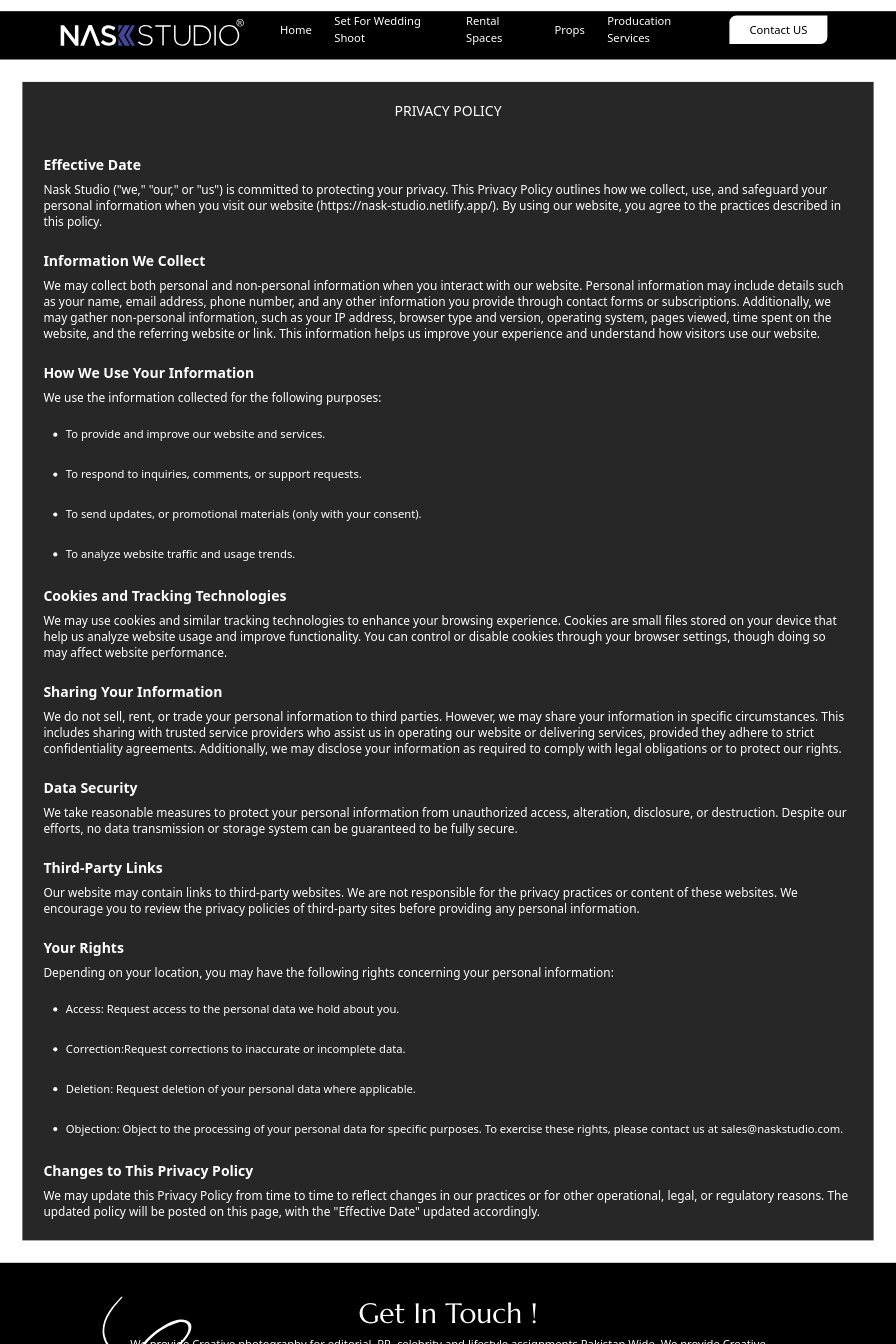
Repository: sagheerNaskSoft/nask-studio-sec-phase
Page: /privacy
An editor plug-in stored every save of this project. The page is shown before and after the next save, followed by the edit.
The browser window is 1280 px wide. The pictures show the part of the page from y = 0 to 1920 px (the page is 2568 px tall), at 70% of full size.
The project was rebuilt for these pictures with package versions that can differ from the ones it lists, and the page was loaded fresh each time. Also part of the build but not shown: src/Component/HomePage/Banner.js, src/Component/HomePage/ShootSection.js, src/Component/HomePage/SerivceSetion.js, src/Pages/Home.js, src/Pages/About.js, src/Component/WeddingSets/Banner.js, src/Component/WeddingSets/StudioSection.js, src/Pages/WeddingSets.js and 16 more.

Above is the page before, as saved 2025-02-03 21:52:12.

After the next save:
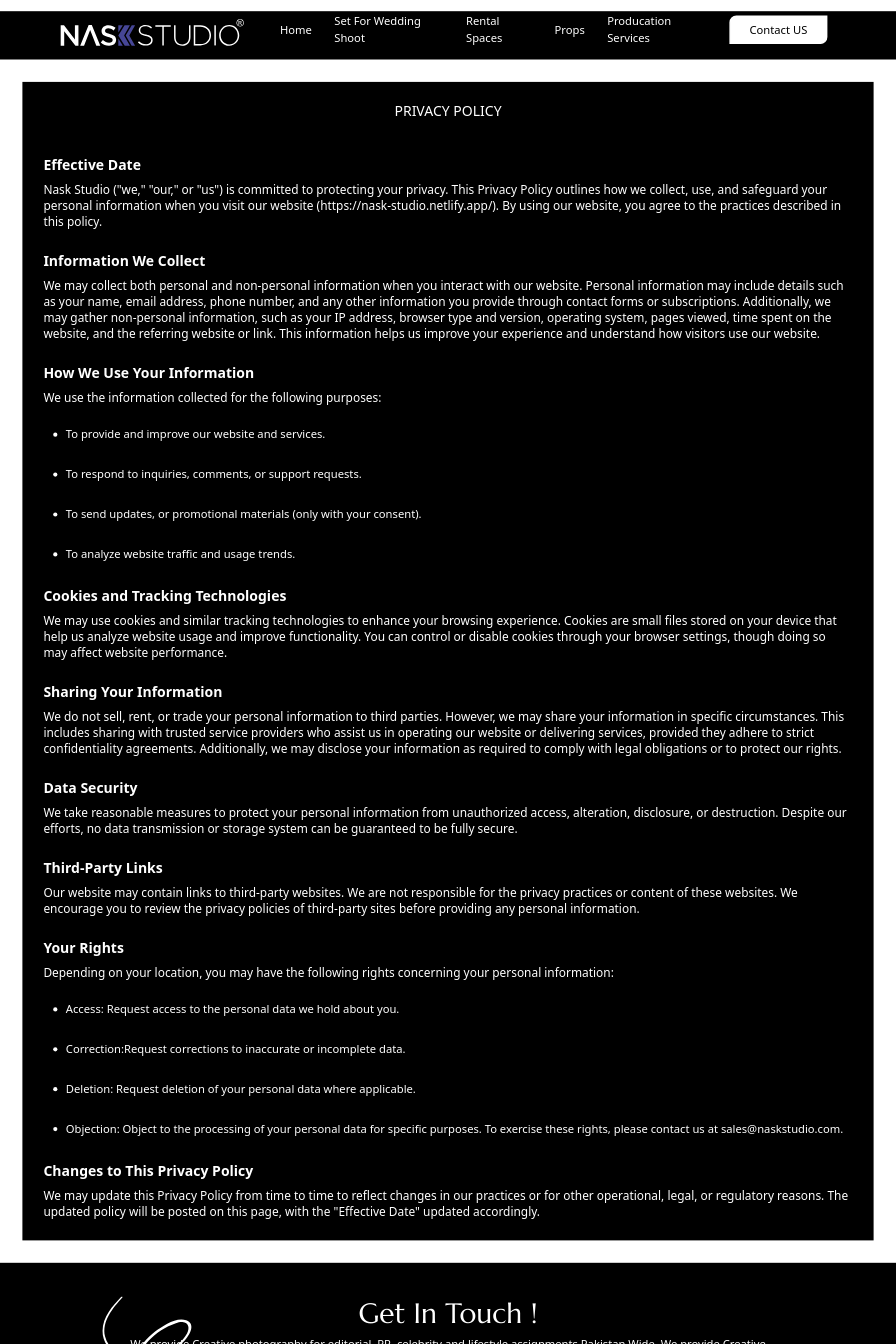
Saved 45 s later.
--- a/src/App.css
+++ b/src/App.css
@@ -829,7 +829,7 @@ body {
 .Privace {
   padding: 30px;
   margin: 2rem;
-  background-color: rgba(0, 0, 0, 0.849);
+  background-color: rgb(0, 0, 0);
   color: white;
 }
 
